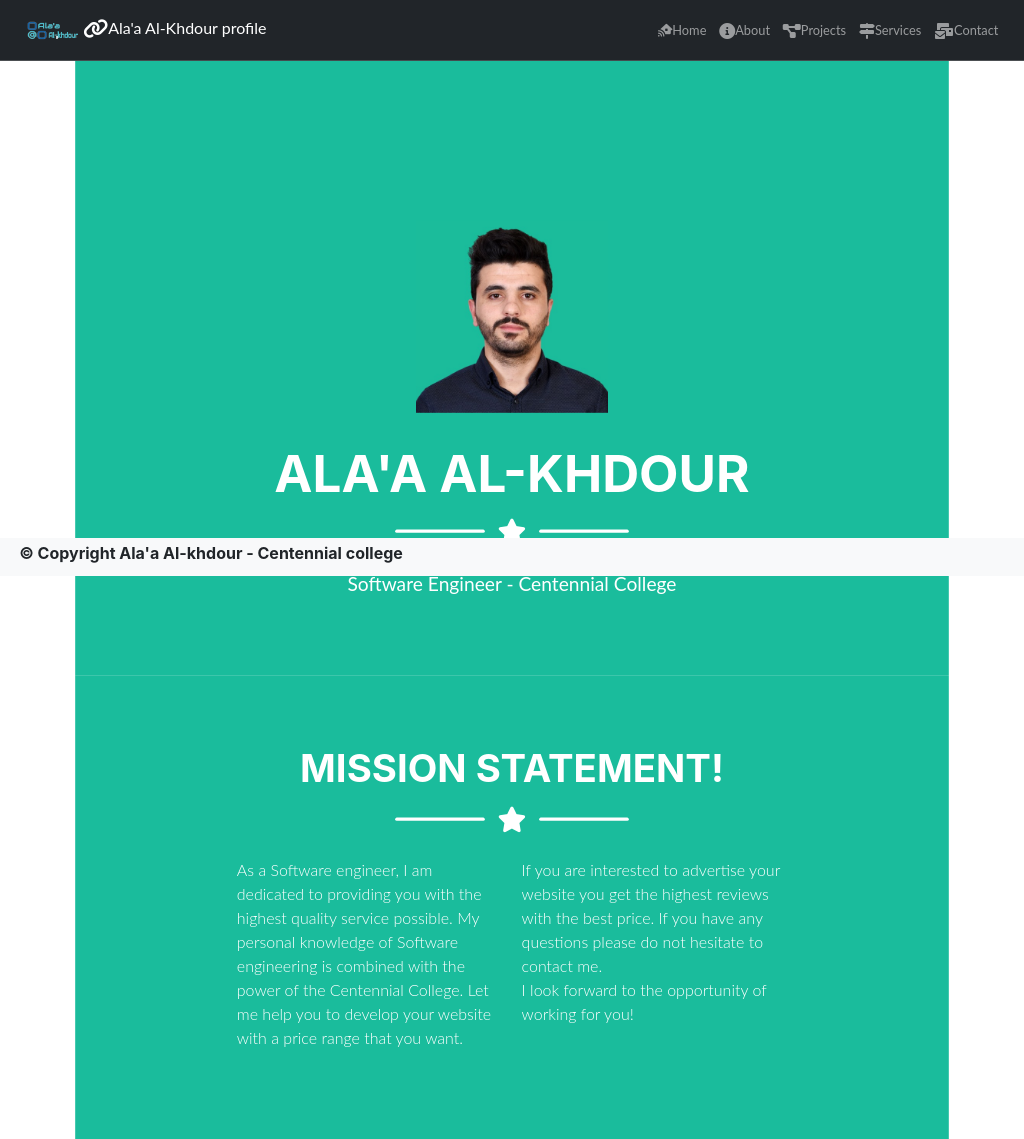
Repository: alaakhdour/heroukulivesite-section1
Page: http://localhost/
The author's editor kept a copy of each file at every save. The page is drawn from the files as they stood at one save, then again after the next save.
The browser window is 1280 px wide. The pictures show the whole page, at 80% of full size.
The page is served by the project's Node server (server.js). Other server files are loaded and not shown.

Above is the page before, as saved 2022-06-18 02:39:27.

### Server/Views/index.ejs

<!DOCTYPE html>
<html lang="en">
<head>
    <meta charset="UTF-8">
    <meta http-equiv="X-UA-Compatible" content="IE=edge">
    <meta name="viewport" content="width=device-width, initial-scale=1.0">
    <title><%= title %></title>
    <!-- CSS Section -->
    <link rel="stylesheet" href="./bootstrap/dist/css/bootstrap.min.css">
    <link rel="stylesheet" href="./@fortawsome/fontawesome-free/css/all.min.css">
    <link rel="stylesheet" href="./Content/app.css">
    <link rel="stylesheet" href="./Content/styles.css">
</head>
<body>
    <!-- Main Navigation Section -->
    <header>
        <%- include('./components/header.ejs'); %>
    </header>

    <!-- Content Section-->
    <main>
        <%- include('content/' + page + '.ejs'); %>

    </main>

    <!-- Site-wide footer-->
    <footer>
        <%- include('components/footer.ejs'); %>
    </footer>

    <!-- JavaScript Section -->
    <script src="./jquery/dist/jquery.min.js"></script>
    <script src="./bootstrap/dist/js/bootstrap.min.js"></script>
    <script src="./@fortawesome/fontawesome-free/js/all.min.js"></script>
    <script src="./Scripts/app.js"></script>
</body>
</html>

### Server/Views/components/header.ejs
<nav class="navbar navbar-expand-lg navbar-dark bg-dark">
    <div class="container-fluid">
      <a class="navbar-brand" href="/"> <img src="./Assets/images/logo.png" alt="" width="80" height="50"><i class="fa-solid fa-link fa-lg"></i>Ala'a Al-Khdour profile</a>
      <button class="navbar-toggler" type="button" data-bs-toggle="collapse" data-bs-target="#navbarSupportedContent" aria-controls="navbarSupportedContent" aria-expanded="false" aria-label="Toggle navigation">
        <span class="navbar-toggler-icon"></span>
      </button>
      <div class="collapse navbar-collapse" id="navbarSupportedContent">
        <ul class="navbar-nav ms-auto mb-2 mb-lg-0">
          <li class="nav-item">
            <a class="nav-link" aria-current="page" href="/home"><i class="fa-solid fa-house-signal"></i>Home</a>
          </li>

          <li class="nav-item">
            <a class="nav-link" aria-current="page" href="/about"><i class="fa-solid fa-circle-info fa-lg"></i>About</a>
          </li>

          <li class="nav-item">
            <a class="nav-link" aria-current="page" href="/projects"><i class="fa-solid fa-diagram-project fa-lg"></i>Projects</a>
          </li>

          <li class="nav-item">
            <a class="nav-link" aria-current="page" href="/services"><i class="fa-solid fa-signs-post fa-lg"></i>Services</a>
          </li>

          <li class="nav-item">
            <a class="nav-link" aria-current="page" href="/contact"><i class="fa-solid fa-envelopes-bulk fa-lg"></i>Contact </a>
          </li>


        </ul>
      </div>
    </div>
  </nav>

### Server/Views/content/home.ejs
<div class="container">
    <header class="masthead bg-primary text-white text-center">
        <div class="container d-flex align-items-center flex-column">
            <!-- Masthead Avatar Image-->
            <img class="masthead-avatar mb-5" src="./Assets/images/Alaa.jpg" alt="..." />
            <!-- Masthead Heading-->
            <h1 class="masthead-heading text-uppercase mb-0">Ala'a Al-khdour</h1>
            <!-- Icon Divider-->
            <div class="divider-custom divider-light">
                <div class="divider-custom-line"></div>
                <div class="divider-custom-icon"><i class="fas fa-star"></i></div>
                <div class="divider-custom-line"></div>
            </div>
            <!-- Masthead Subheading-->
            <p class="masthead-subheading font-weight-light mb-0">Software Engineer - Centennial  College</p>
        </div>
    </header>



    <section class="page-section bg-primary text-white mb-0" id="about">
        <div class="container">
            <!-- About Section Heading-->
            <h2 class="page-section-heading text-center text-uppercase text-white">Mission Statement!</h2>
            <!-- Icon Divider-->
            <div class="divider-custom divider-light">
                <div class="divider-custom-line"></div>
                <div class="divider-custom-icon"><i class="fas fa-star"></i></div>
                <div class="divider-custom-line"></div>
            </div>
            <!-- About Section Content-->
            <div class="row">
                <div class="col-lg-4 ms-auto"><p class="lead">As a Software engineer, I am dedicated to providing you with the highest quality service possible. My personal knowledge of Software engineering is combined with the power of the Centennial College.
                    Let me help you to develop your website with a price range that you want.</p></div>
                <div class="col-lg-4 me-auto"><p class="lead"> If you are interested to advertise your website you get the highest reviews with the best price.
                    If you have any questions please do not hesitate to contact me.<br> I look forward to the opportunity of working for you!</p></div>
            </div>

        </div>
    </section>
</div>

### Server/Views/components/footer.ejs
<nav class="navbar fixed-bottom bg-light">
    <div class="container-fluid">
      <h5 id="copyright">&copy; Copyright Ala'a Al-khdour - Centennial college</h5>
    </div>
  </nav>

### server.js
"use strict";
var __importDefault = (this && this.__importDefault) || function (mod) {
    return (mod && mod.__esModule) ? mod : { "default": mod };
};
Object.defineProperty(exports, "__esModule", { value: true });
const app_1 = __importDefault(require("./Server/Config/app"));
const debug_1 = __importDefault(require("debug"));
(0, debug_1.default)('week4:server');
const http_1 = __importDefault(require("http"));
const port = normalizePort(process.env.PORT || '3000');
app_1.default.set('port', port);
const server = http_1.default.createServer(app_1.default);
server.listen(port);
server.on('error', onError);
server.on('listening', onListening);
function normalizePort(val) {
    let port = parseInt(val, 10);
    if (isNaN(port)) {
        return val;
    }
    if (port >= 0) {
        return port;
    }
    return false;
}
function onError(error) {
    if (error.syscall !== 'listen') {
        throw error;
    }
    let bind = typeof port === 'string'
        ? 'Pipe ' + port
        : 'Port ' + port;
    switch (error.code) {
        case 'EACCES':
            console.error(bind + ' requires elevated privileges');
            process.exit(1);
            break;
        case 'EADDRINUSE':
            console.error(bind + ' is already in use');
            process.exit(1);
            break;
        default:
            throw error;
    }
}
function onListening() {
    let addr = server.address();
    let bind = 'pipe ' + addr;
    (0, debug_1.default)('Listening on ' + bind);
}
//# sourceMappingURL=server.js.map

### Server/Routes/index.js
"use strict";
var __importDefault = (this && this.__importDefault) || function (mod) {
    return (mod && mod.__esModule) ? mod : { "default": mod };
};
Object.defineProperty(exports, "__esModule", { value: true });
const express_1 = __importDefault(require("express"));
const router = express_1.default.Router();
router.get('/', function (req, res, next) {
    res.render('index', { title: 'Home', page: 'home' });
});
router.get('/home', function (req, res, next) {
    res.render('index', { title: 'Home', page: 'home' });
});
router.get('/about', function (req, res, next) {
    res.render('index', { title: 'About Us', page: 'about' });
});
router.get('/projects', function (req, res, next) {
    res.render('index', { title: 'My Projects', page: 'projects' });
});
router.get('/services', function (req, res, next) {
    res.render('index', { title: 'My services', page: 'services' });
});
router.get('/contact', function (req, res, next) {
    res.render('index', { title: 'contact us', page: 'contact' });
});


exports.default = router;
//# sourceMappingURL=index.js.map

### Client/data/data.json
{
    "FullName": "AlaaAlkhdour",
    "ContactNumber": "999999999999",
    "EmailAddress": "ala@example.com"
}

### content/app.css
h1
{
    font-size: 70px;
    font-family: Verdana, Geneva, Tahoma, sans-serif;
}

### scripts/app.js
//IIFE
(function()
{

    function Start()
    {
        console.log("App Started!");

        // use AJAX to read JSON file

        // Step 1: Create a new XHR object
        let XHR = new XMLHttpRequest();

        // Step 2: Create the request
        XHR.open("GET", "../data/data.json");

        // Step 3: Send the request
        XHR.send();

        // Step 4: create an event listener/handler
        XHR.addEventListener("readystatechange", function()
        {
            if(XHR.readyState == 4 && XHR.status == 200)
            {
                console.log("JSON Data:");
                console.log("===========");
                console.log(XHR.responseText);
            }
        });
    }

    window.addEventListener("load", Start);

})();

Loaded but not shown: Client/content/styles.css (library)

After the next save:
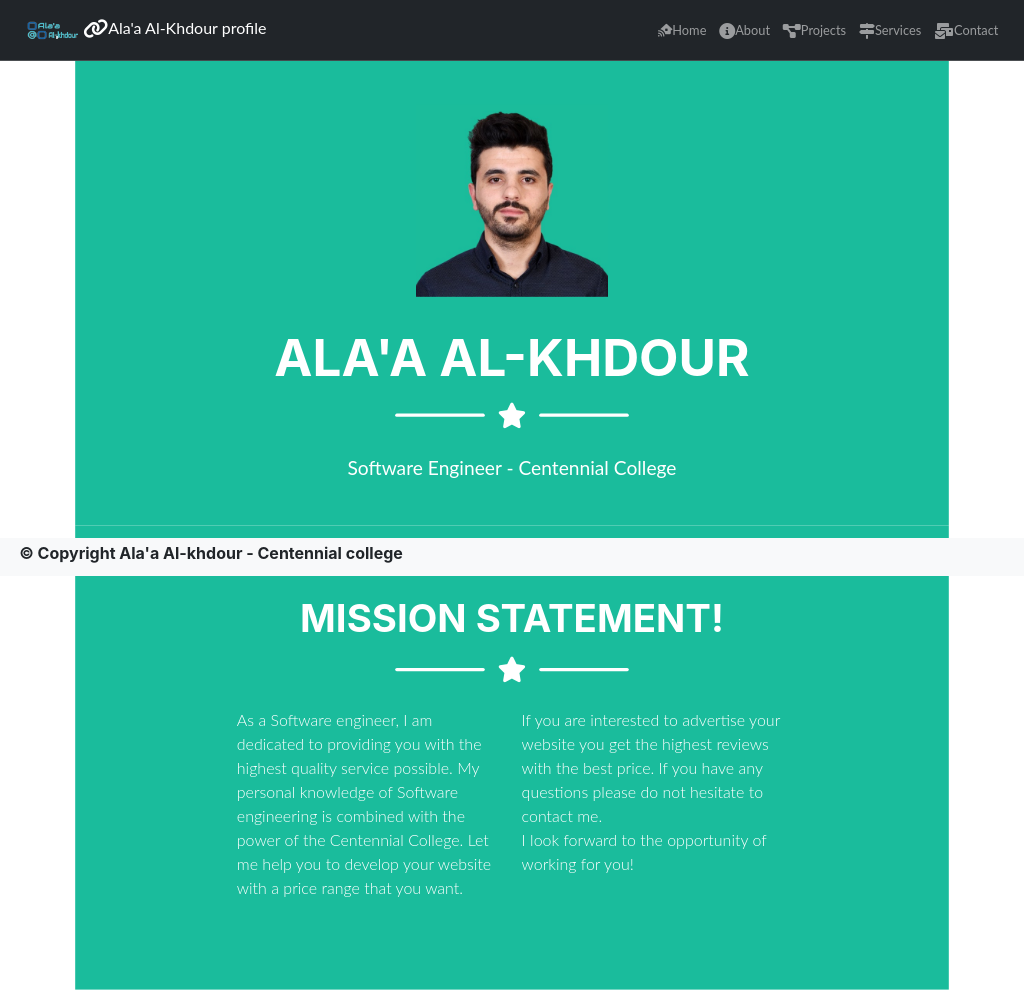
Saved 2 min 16 s later.
--- a/Server/Views/content/home.ejs
+++ b/Server/Views/content/home.ejs
@@ -1,5 +1,5 @@
 <div class="container">
-    <header class="masthead bg-primary text-white text-center">
+    <header class="masthead bg-primary text-white text-center" style="padding:5%;">
         <div class="container d-flex align-items-center flex-column">
             <!-- Masthead Avatar Image-->
             <img class="masthead-avatar mb-5" src="./Assets/images/Alaa.jpg" alt="..." />
